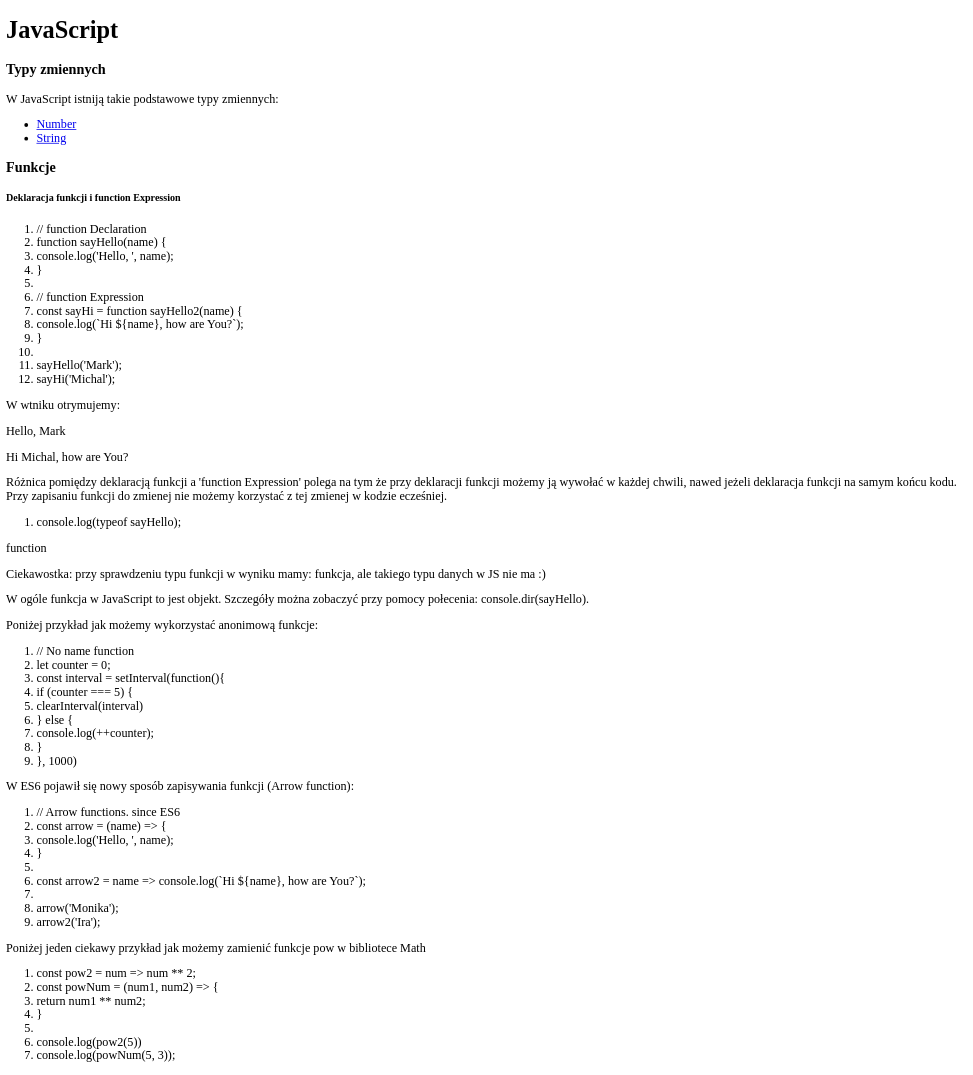
Repository: romanstetsiuk1/JS_learn
Page: noteJavaScript.html
An editor plug-in stored every save of this project. The page is shown before and after the next save, followed by the edit.
The browser window is 1280 px wide. The pictures show the whole page, at 76% of full size.

Above is the page before, as saved 2020-08-20 11:57:25.

After the next save:
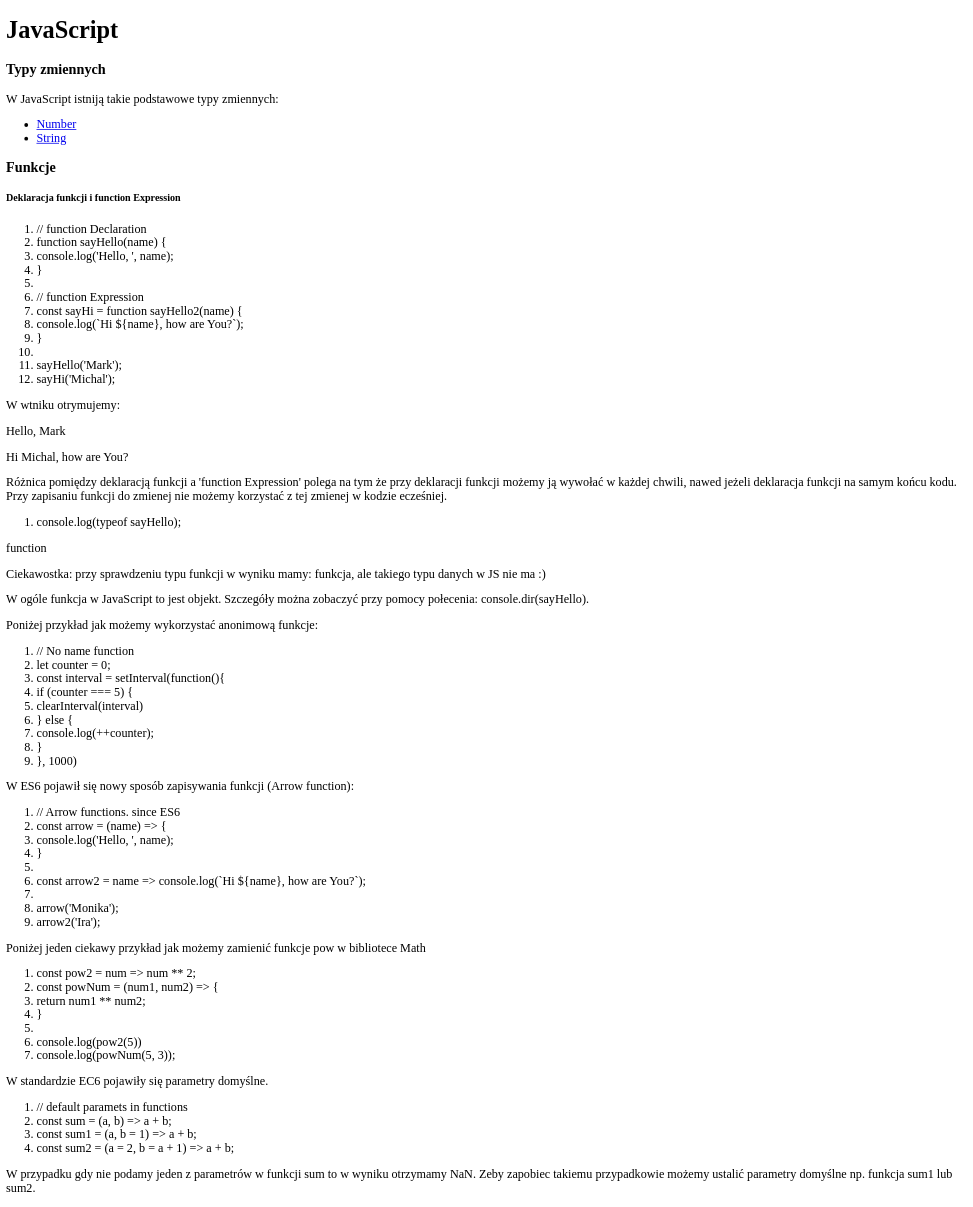
Saved 5 min 53 s later.
--- a/noteJavaScript.html
+++ b/noteJavaScript.html
@@ -108,6 +108,20 @@
           </ol>
         </div>
 
+        <p>W standardzie EC6 pojawiły się parametry domyślne.</p>
+        <div class="vsCode">
+          <ol>
+            <li>// default paramets in functions</li>
+            <li>const sum = (a, b) => a + b;</li>
+            <li>const sum1 = (a, b = 1) => a + b;</li>
+            <li>const sum2 = (a = 2, b = a + 1) => a + b;</li>
+          </ol>
+        </div>
+        <p>W przypadku gdy nie podamy jeden z parametrów w funkcji sum
+          to w wyniku otrzymamy NaN. Zeby zapobiec takiemu przypadkowie
+          możemy ustalić parametry domyślne np. funkcja sum1 lub sum2.
+        </p>
+
     </article>
 
   </main>
